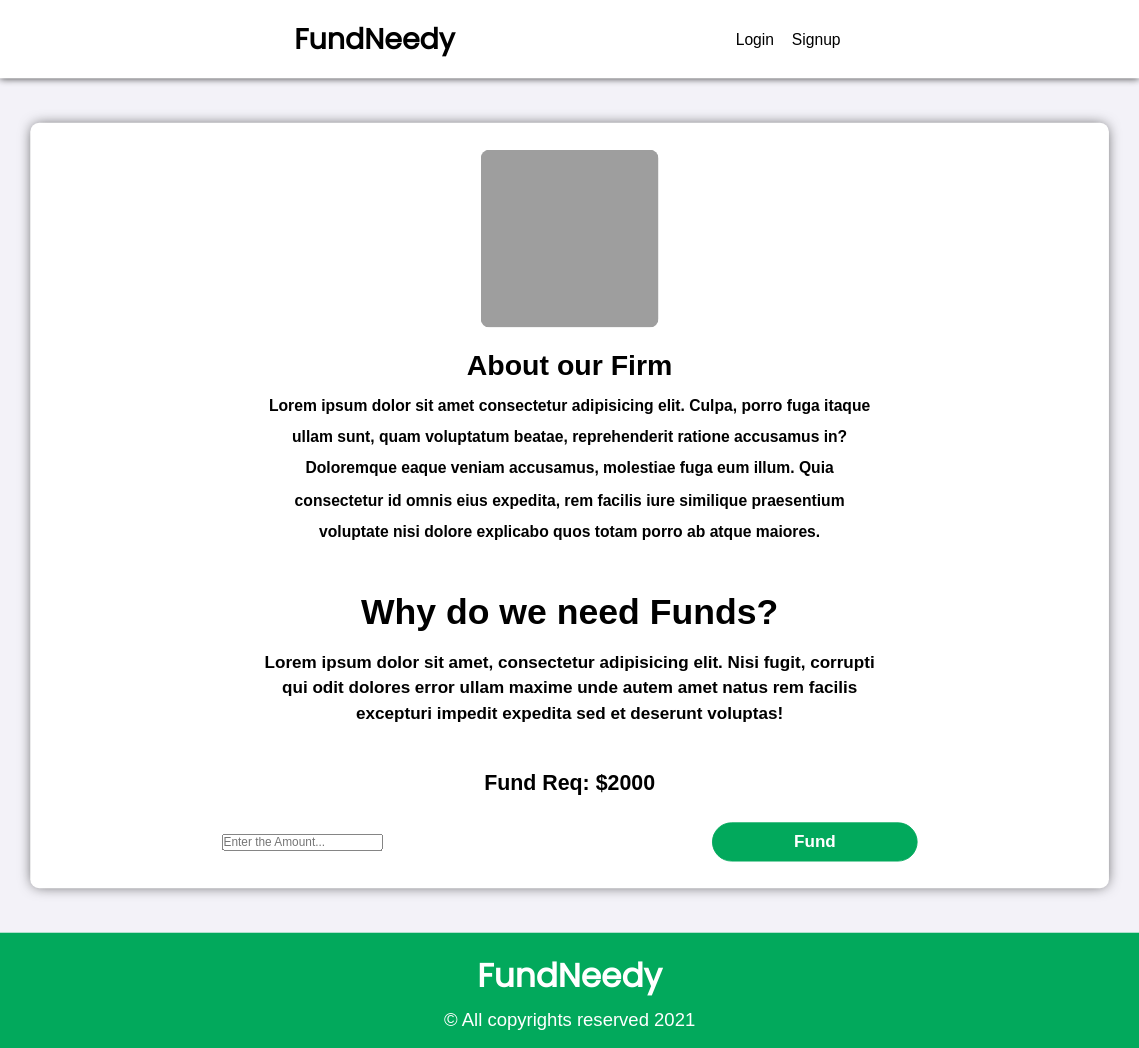
Repository: osdc/codejam
Page: /firmname (app in sassy-sandwiches/fund-needy/)
The author's editor kept a copy of each file at every save. The page is drawn from the files as they stood at one save, then again after the next save.
The browser window is 1280 px wide. The pictures show the whole page, at 89% of full size.
Pictures or frames that could not be fetched are drawn as grey boxes. The project was rebuilt for these pictures with package versions that can differ from the ones it lists, and the page was loaded fresh each time. Also part of the build but not shown: sassy-sandwiches/fund-needy/src/Showcase.css, sassy-sandwiches/fund-needy/src/Showcase.js, sassy-sandwiches/fund-needy/src/Needies.css, sassy-sandwiches/fund-needy/src/Needy.css, sassy-sandwiches/fund-needy/src/Needy.js, sassy-sandwiches/fund-needy/src/Needies.js.

Above is the page before, as saved 2021-01-09 22:30:58.

### sassy-sandwiches/fund-needy/public/index.html
<!DOCTYPE html>
<html lang="en">
  <head>
    <meta charset="utf-8" />
    <link rel="icon" href="%PUBLIC_URL%/favicon.ico" />
    <meta name="viewport" content="width=device-width, initial-scale=1" />
    <meta name="theme-color" content="#000000" />
    <meta
      name="description"
      content="Web site created using create-react-app"
    />
    <link rel="apple-touch-icon" href="%PUBLIC_URL%/logo192.png" />
    <link rel="manifest" href="%PUBLIC_URL%/manifest.json" />
    <title>FundNeedy</title>
  </head>
  <body>
    <noscript>You need to enable JavaScript to run this app.</noscript>
    <div id="root"></div>
  </body>
</html>

### sassy-sandwiches/fund-needy/src/App.js
import React from "react";
import "./App.css";
import Navbar from "./Navbar";
import Showcase from "./Showcase";
import Needies from "./Needies";
import Footer from "./Footer";
import { BrowserRouter as Router, Route, Switch } from "react-router-dom";
import FirmFund from "./FirmFund";

function App() {
  return (
    <div className="App">
      <Router>
        <Navbar />
        <Switch>
          <Route exact path="/" component={Showcase} />
          <Route path="/needies" component={Needies} />
          <Route path="/firmname" component={FirmFund} />
        </Switch>
        <Footer />
      </Router>
    </div>
  );
}

export default App;

### sassy-sandwiches/fund-needy/src/App.css
* {
  margin: 0;
  padding: 0;
  font-family: Arial, Helvetica, sans-serif;
}

body {
  background-color: #f3f2f8;
}

### sassy-sandwiches/fund-needy/src/Navbar.js
import React from "react";
import "./Navbar.css";

function Navbar() {
  return (
    <div className="navbar">
      <div className="navbar_logo">
        <h1>FundNeedy</h1>
      </div>
      <div className="navbar_login_signup">
        <button>Login</button>
        <button>Signup</button>
      </div>
    </div>
  );
}

export default Navbar;

### sassy-sandwiches/fund-needy/src/Footer.js
import React from "react";
import "./Footer.css";

function Footer() {
  return (
    <div className="footer">
      <h1>FundNeedy</h1>
      <p>© All copyrights reserved 2021</p>
    </div>
  );
}

export default Footer;

### sassy-sandwiches/fund-needy/src/FirmFund.js
import React from "react";
import "./FirmFund.css";

function FirmFund() {
  return (
    <div className="firmFund">
      <div className="firmFund_image">
        <img
          src="https://i.pinimg.com/originals/ba/fc/15/bafc1525cef9606c5c064694ca8e60fb.jpg"
          alt=""
        />
      </div>
      <div className="firmFund_about">
        <h2>About our Firm</h2>
        <p>
          Lorem ipsum dolor sit amet consectetur adipisicing elit. Culpa, porro
          fuga itaque ullam sunt, quam voluptatum beatae, reprehenderit ratione
          accusamus in? Doloremque eaque veniam accusamus, molestiae fuga eum
          illum. Quia consectetur id omnis eius expedita, rem facilis iure
          similique praesentium voluptate nisi dolore explicabo quos totam porro
          ab atque maiores.
        </p>
      </div>
      <div className="firmFund_need">
        <h2>Why do we need Funds?</h2>
        <p>
          Lorem ipsum dolor sit amet, consectetur adipisicing elit. Nisi fugit,
          corrupti qui odit dolores error ullam maxime unde autem amet natus rem
          facilis excepturi impedit expedita sed et deserunt voluptas!
        </p>
      </div>
      <div className="firmFund_fund">
        <h2>Fund Req: $2000</h2>
        <form>
          <input type="number" required placeholder="Enter the Amount..." />
          <button>Fund</button>
        </form>
      </div>
    </div>
  );
}

export default FirmFund;

### sassy-sandwiches/fund-needy/src/Navbar.css
@import url("https://fonts.googleapis.com/css2?family=Poppins&display=swap");

.navbar {
  display: flex;
  align-items: center;
  justify-content: space-evenly;
  padding: 20px;
  -webkit-box-shadow: 0px 1px 8px 0px rgba(0, 0, 0, 0.75);
  -moz-box-shadow: 0px 1px 8px 0px rgba(0, 0, 0, 0.75);
  box-shadow: 0px 1px 8px 0px rgba(0, 0, 0, 0.75);
  background-color: #fff;
  /* position: sticky; */
  top: 0;
  z-index: 10000;
}

.navbar_logo > h1 {
  font-family: "Poppins", sans-serif;
}

.navbar_login_signup {
  display: flex;
  align-items: center;
  justify-content: space-between;
}

.navbar_login_signup > button:nth-of-type(1) {
  margin-right: 10px;
}

.navbar_login_signup > button {
  padding: 5px;
  font-size: 1.1rem;
  outline: none;
  border: none;
  background-color: #fff;
  cursor: pointer;
  width: 100%;
}

### sassy-sandwiches/fund-needy/src/Footer.css
.footer {
  text-align: center;
  background-color: #02a95c;
  color: #fff;
  padding: 20px;
}

.footer > h1 {
  font-size: 2.3rem;
  font-family: "Poppins";
}

.footer > p {
  font-size: 1.3rem;
  font-weight: 400;
  margin-top: 10px;
}

### sassy-sandwiches/fund-needy/src/FirmFund.css
.firmFund {
  text-align: center;
  background-color: #fff;
  padding: 30px;
  width: 90%;
  margin: auto;
  margin-top: 50px;
  margin-bottom: 50px;
  border-radius: 10px;
  -webkit-box-shadow: 0px 0px 15px -3px rgba(0, 0, 0, 0.75);
  -moz-box-shadow: 0px 0px 15px -3px rgba(0, 0, 0, 0.75);
  box-shadow: 0px 0px 15px -3px rgba(0, 0, 0, 0.75);
}

.firmFund_image > img {
  height: 200px;
  width: 200px;
  border-radius: 10px;
}

.firmFund_about > h2 {
  font-size: 2rem;
  margin-top: 20px;
}

.firmFund_about > p {
  width: 60%;
  margin: auto;
  font-size: 1.1rem;
  font-weight: 600;
  margin-top: 10px;
  margin-bottom: 10px;
  line-height: 2;
}

.firmFund_need > h2 {
  font-size: 2.5rem;
  margin-top: 50px;
}

.firmFund_need > p {
  width: 60%;
  margin: auto;
  margin-top: 20px;
  margin-bottom: 20px;
  font-size: 1.2rem;
  font-weight: 700;
  line-height: 1.5;
}

.firmFund_fund > h2 {
  margin-top: 50px;
}

.firmFund_fund > form {
  display: flex;
  align-items: center;
  justify-content: space-around;
  margin-top: 30px;
}

.firmFund_fund > form > button {
  font-size: 1.2rem;
  width: 20%;
  border-radius: 30px;
  outline: none;
  background-color: #02a95c;
  color: #fff;
  font-weight: 700;
  padding: 10px;
  border: 1px solid #02a95c;
  cursor: pointer;
}

Loaded but not shown: sassy-sandwiches/fund-needy/src/index.js (common file); sassy-sandwiches/fund-needy/src/index.css (common file)

After the next save:
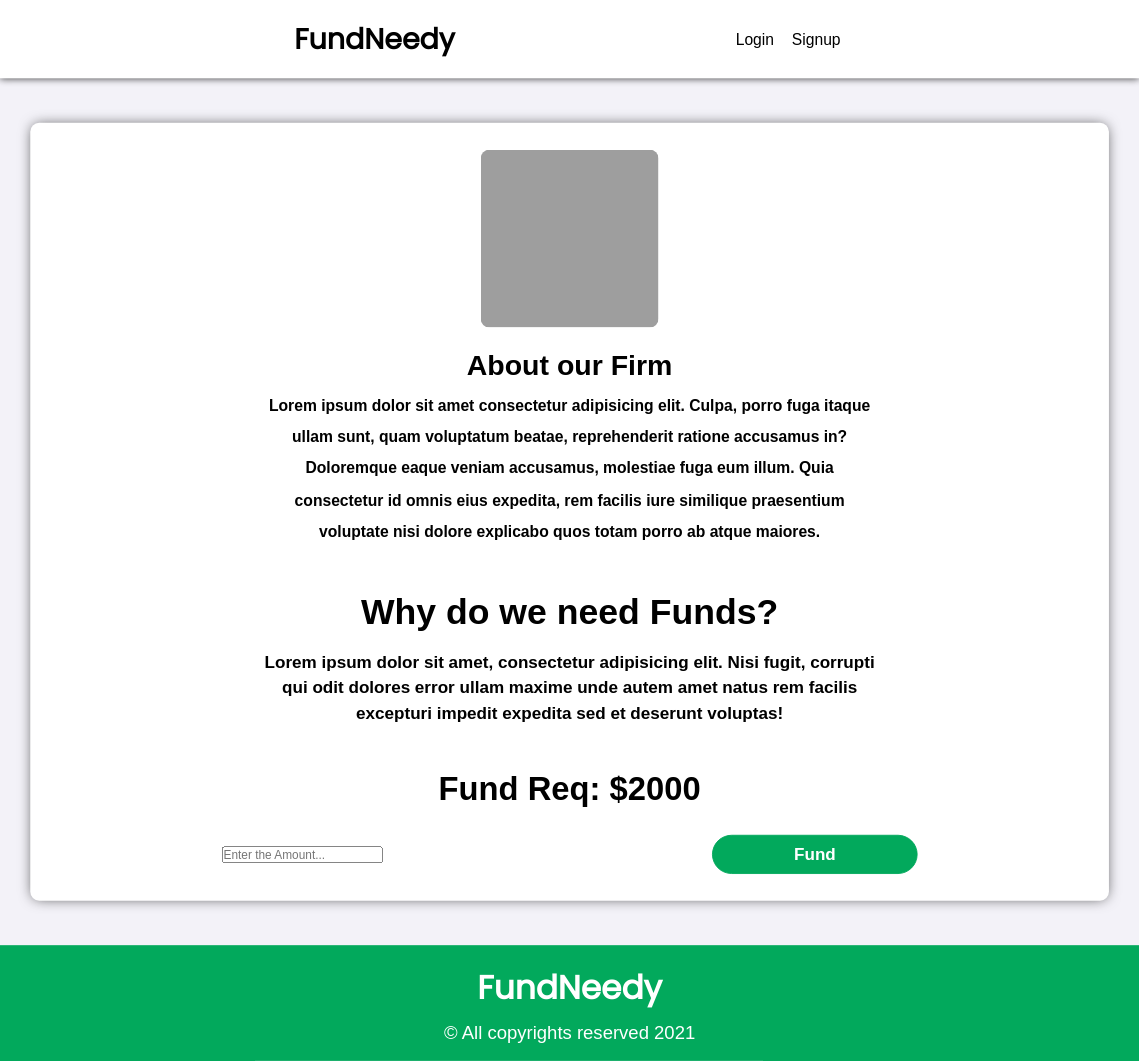
Saved 12 s later.
--- a/sassy-sandwiches/fund-needy/src/FirmFund.css
+++ b/sassy-sandwiches/fund-needy/src/FirmFund.css
@@ -49,6 +49,7 @@
 }
 
 .firmFund_fund > h2 {
+  font-size: 2.3rem;
   margin-top: 50px;
 }
 
